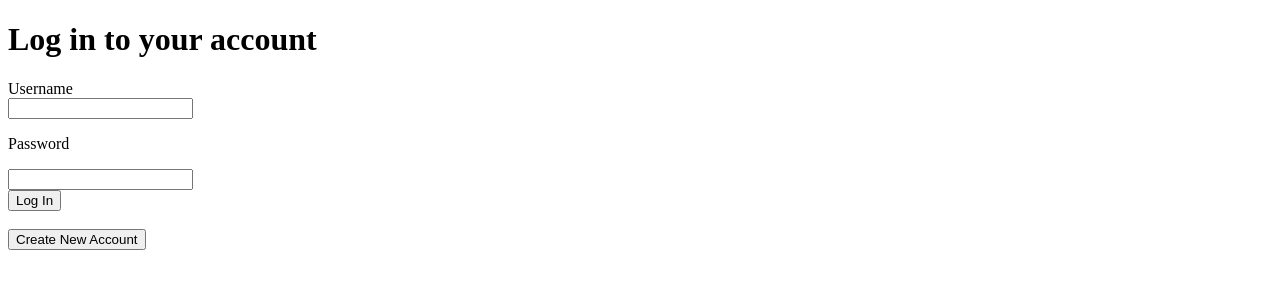
Repository: ir1998/cs201
Page: InvestCS/WebContent/index.html
These files come from the project's save history. The page is drawn as it stood at one moment and after the next save; the edit follows.
The browser window is 1280 px wide. The pictures show the whole page.

Above is the page before, as saved 2017-03-30 22:49:05.

### InvestCS/WebContent/index.html
<!DOCTYPE html>
<html>
<head>
<meta charset="UTF-8">
<title>Invest CS</title>
</head>
<body>
	<h1>Log in to your account</h1>

	<form class="Login Form" action="submit">
    <div>Username</div>
		<input type="text" id="username" name="username"/>
    <br>
    <p>Password</p>
    <input type="text" id="password" name="password"/>
    <br>
		<input type="submit" value="Log In"/>
  </form>
  <br>
	<button type= "button" id="createAccount"> Create New Account </button>

</body>
</html>

After the next save:
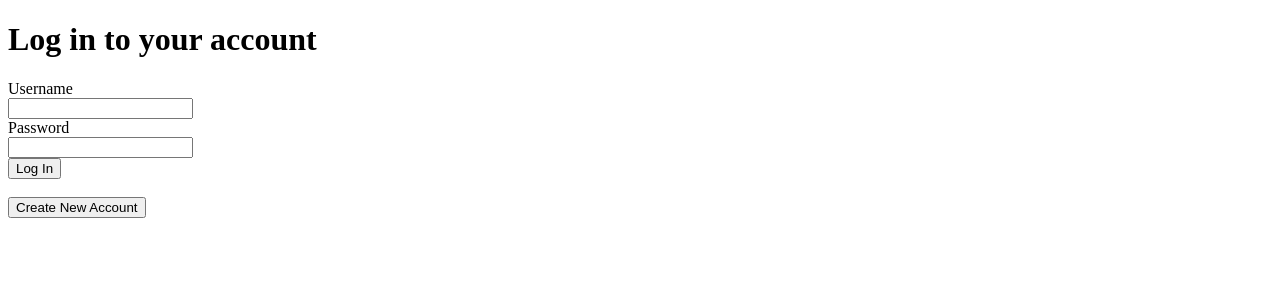
Saved 24 s later.
--- a/InvestCS/WebContent/index.html
+++ b/InvestCS/WebContent/index.html
@@ -11,7 +11,7 @@
     <div>Username</div>
 		<input type="text" id="username" name="username"/>
     <br>
-    <p>Password</p>
+    <div>Password</div>
     <input type="text" id="password" name="password"/>
     <br>
 		<input type="submit" value="Log In"/>
